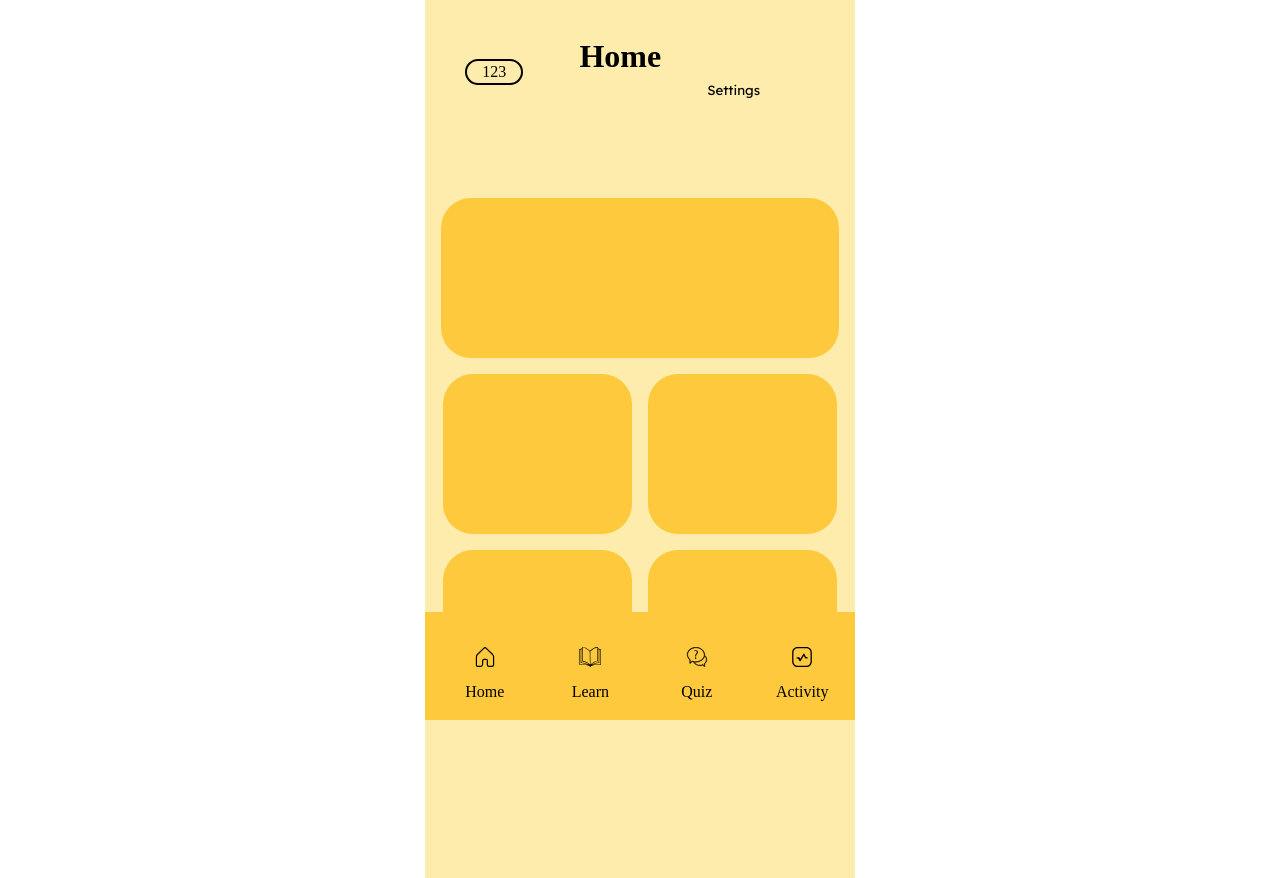
Repository: kellyzyhuang/HiveFive
Page: /
The author's editor kept a copy of each file at every save. The page is drawn from the files as they stood at one save, then again after the next save.
The browser window is 1280 px wide. The page is 1282 px wide, so the pictures cover 1282 px, including what lies to the right of the window. The pictures show the whole page.
Some web fonts or font styles are not loaded; a fallback is used. The project was rebuilt for these pictures with package versions that can differ from the ones it lists, and the page was loaded fresh each time. The framework's server and built-in components were replaced by stand-ins that run in the browser. Also part of the build but not shown: next.config.js.

Above is the page before, as saved 2024-04-07 23:11:31.

After the next save:
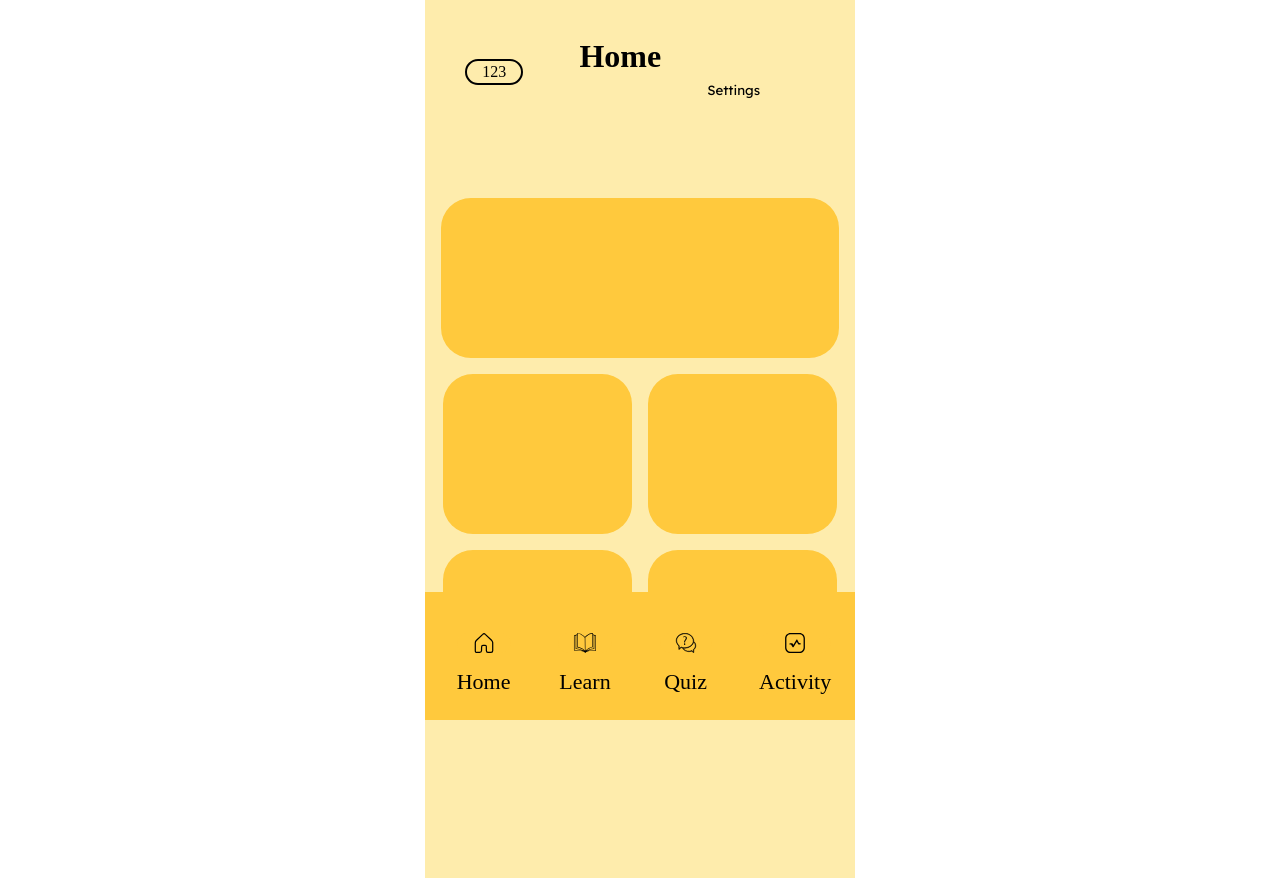
Saved 32 s later.
--- a/components/NavBar/NavBar.module.css
+++ b/components/NavBar/NavBar.module.css
@@ -8,6 +8,7 @@
     z-index: 1000;
     justify-content: center;
     align-items: center;
+    font-size: 1.375rem;
 }
 
 .navIcon {

After the 2 saves that followed:
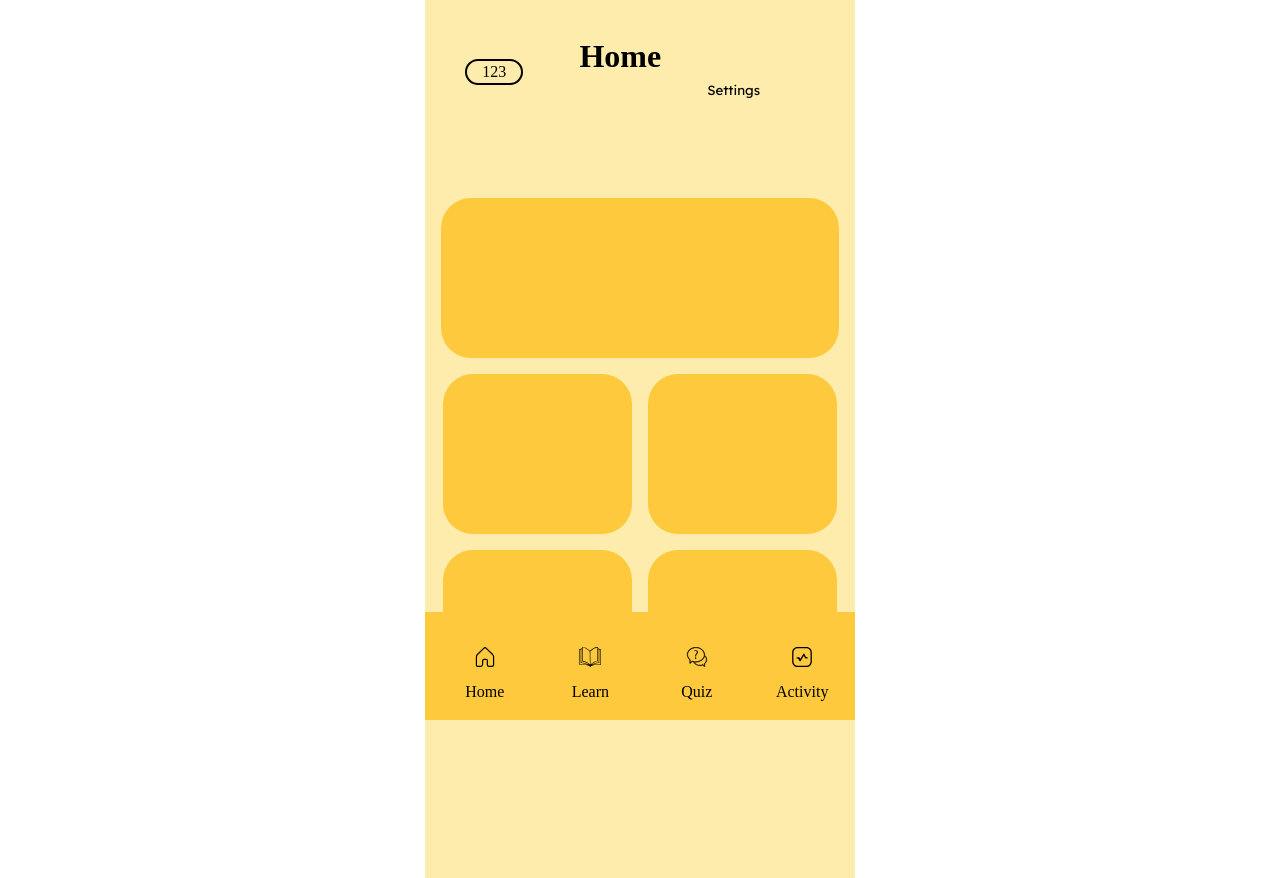
The 2 saves are shown as one change because they came seconds apart.
The last was saved 11 s later.
--- a/components/NavBar/NavBar.module.css
+++ b/components/NavBar/NavBar.module.css
@@ -8,7 +8,6 @@
     z-index: 1000;
     justify-content: center;
     align-items: center;
-    font-size: 1.375rem;
 }
 
 .navIcon {
